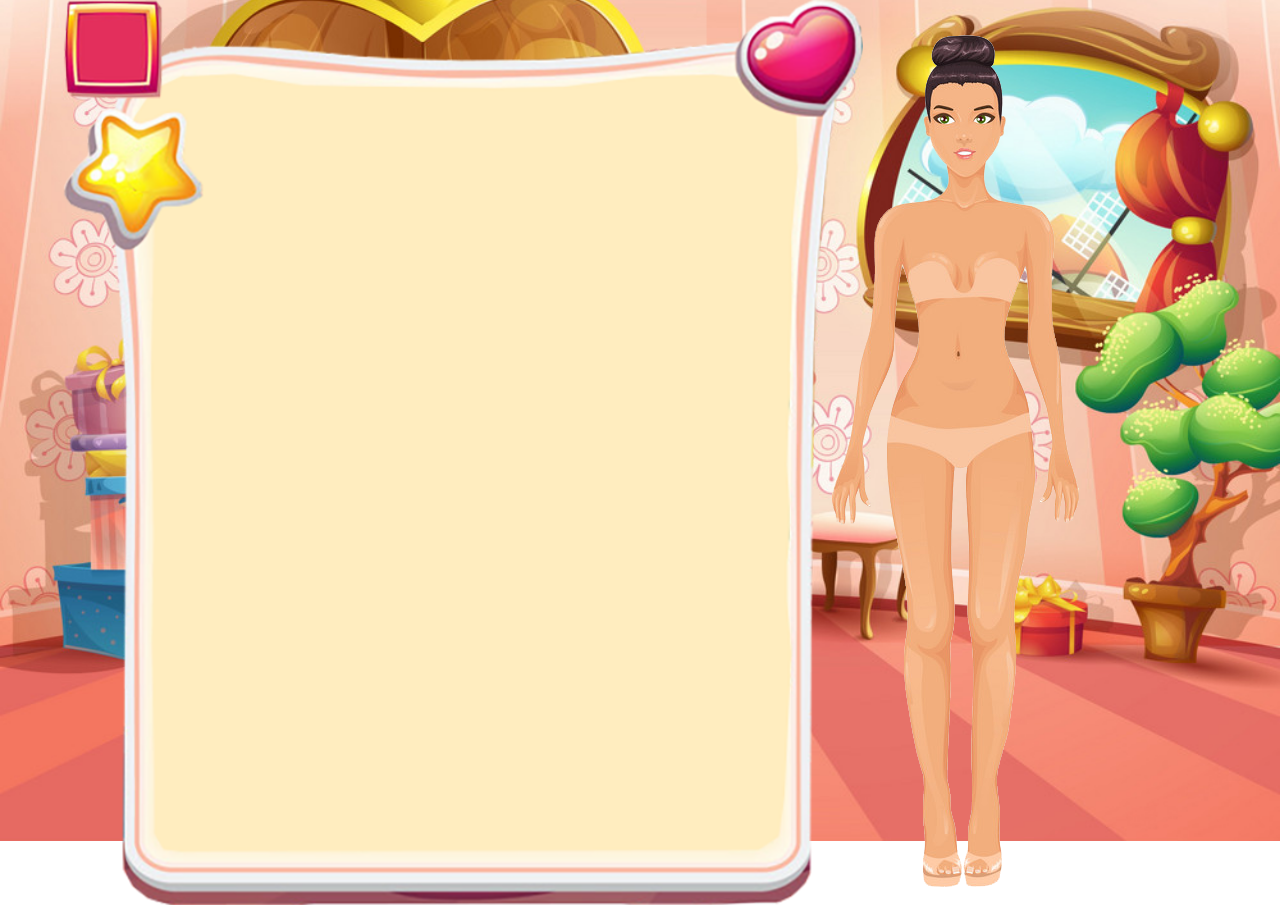
Repository: bunbubam/GameThayDoReactjs_NguyenKhacNghia
Page: /
The author's editor kept a copy of each file at every save. The page is drawn from the files as they stood at one save, then again after the next save.
The browser window is 1280 px wide. The pictures show the whole page.
The project was rebuilt for these pictures with package versions that can differ from the ones it lists, and the page was loaded fresh each time.

Above is the page before, as saved 2022-03-30 15:40:21.

After the next save:
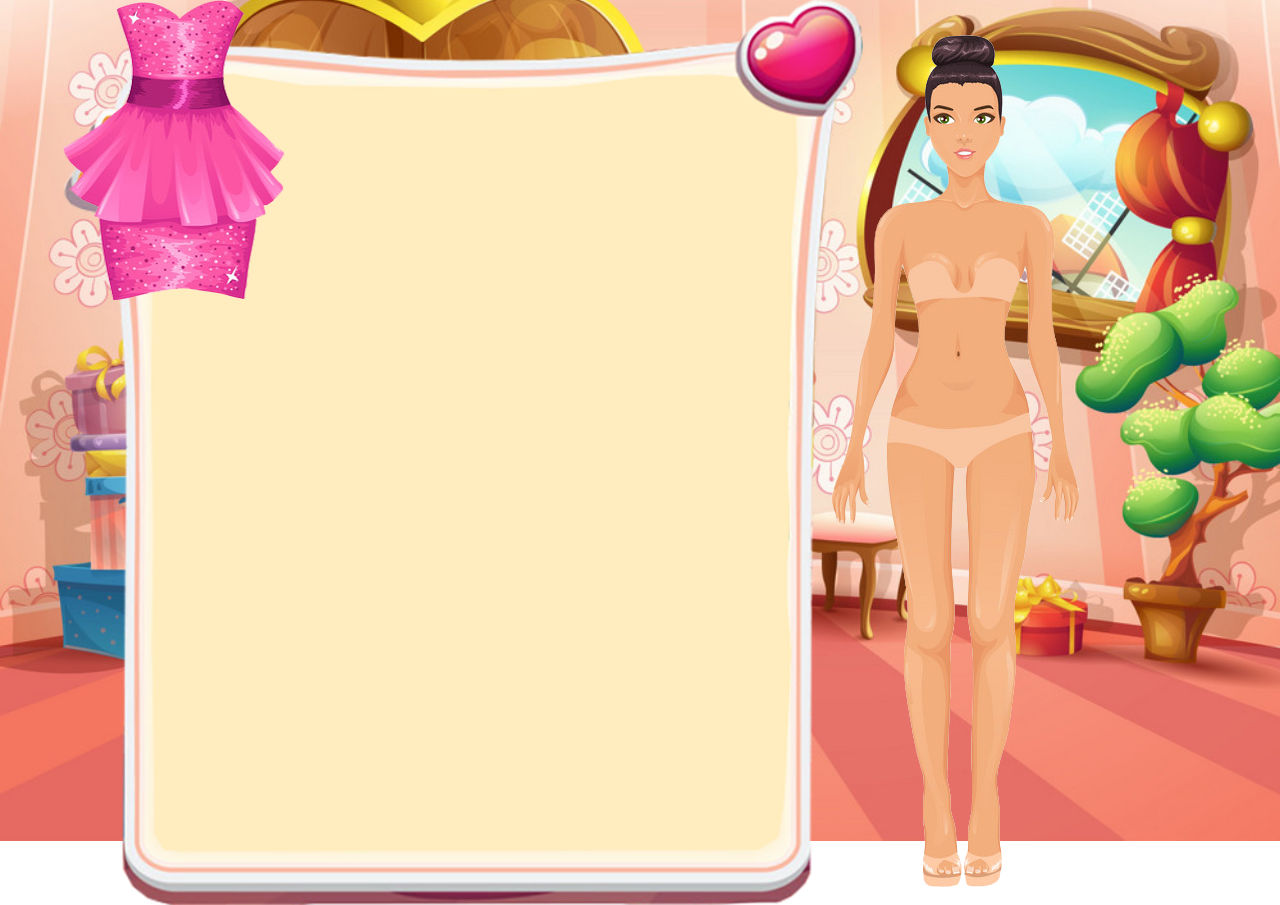
Saved 35 s later.
--- a/src/gamethaydo/dress.js
+++ b/src/gamethaydo/dress.js
@@ -1,6 +1,6 @@
 import React, {Component} from 'react';
 import Girl from './images/girl.png';
-import Clothing1 from './images/menu.png';
+import Clothing1 from './images/trangphuc1.png';
 import Clothing2 from './images/trangphuc2.png';
 import Clothing3 from './images/trangphuc3.png';
 import Clothing4 from './images/trangphuc4.png';
@@ -34,7 +34,7 @@ changeClothing = (imgs) => {
                                 <div className='row'>
                                     <div className='col-12 col-xl-4'>
                                         <div className='clothing-item'>
-                                            <img onClick={()=>this.changeClothing(Clothing1)} src={require('./images/menu.png')} className='img-fluid'/>
+                                            <img onClick={()=>this.changeClothing(Clothing1)} src={require('./images/trangphuc1.png')} className='img-fluid'/>
                                         </div>
                                     </div>
                                 </div>
